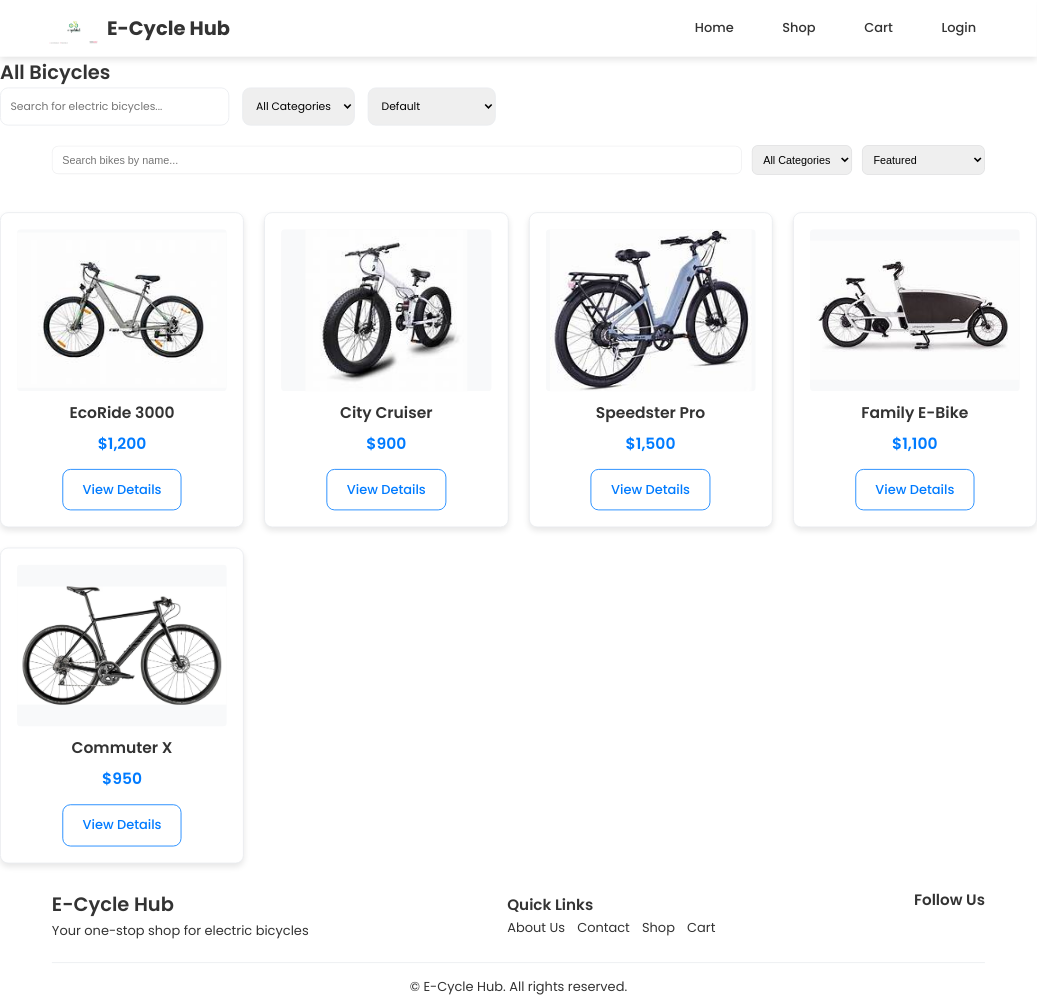
Repository: Rutuja-g/E-Cycle-Hub
Page: public/products.html
These files come from the project's save history. The page is drawn as it stood at one moment and after the next save; the edit follows.
The browser window is 1280 px wide. The pictures show the whole page, at 81% of full size.

Above is the page before, as saved 2025-10-24 16:00:04.
Console error: SyntaxError: Unexpected token 'export'

### public/products.html
<!DOCTYPE html>
<html lang="en">
  <head>
    <meta charset="UTF-8" />
    <meta name="viewport" content="width=device-width, initial-scale=1.0" />
    <title>Products - E-Cycle Hub</title>
    <link rel="preconnect" href="https://fonts.googleapis.com" />
    <link rel="preconnect" href="https://fonts.gstatic.com" crossorigin />
    <link
      href="https://fonts.googleapis.com/css2?family=Poppins:wght@300;400;500;600;700&display=swap"
      rel="stylesheet"
    />
    <link rel="icon" href="favicon.ico" type="image/x-icon" />
    <link rel="stylesheet" href="css/reset.css" />
    <link rel="stylesheet" href="css/variables.css" />
    <link rel="stylesheet" href="css/main.css" />
  </head>
  <body>
    <header>
      <div id="header"></div>
    </header>

    <main>
      <section class="shop-products">
        <h2>All Bicycles</h2>
        <div class="product-search">
          <input
            type="text"
            id="searchInput"
            placeholder="Search for electric bicycles..."
          />
          <select id="categorySelect">
            <option value="all">All Categories</option>
          </select>
          <select id="sortSelect">
            <option value="">Default</option>
            <option value="price-asc">Price Low to High</option>
            <option value="price-desc">Price High to Low</option>
            <option value="popularity">Popularity</option>
          </select>
        </div>
        <div class="grid--shop"></div>
      </section>
    </main>

    <footer>
      <div id="footer"></div>
    </footer>

    <script src="js/components.js"></script>
    <script src="js/main.js"></script>
    <script src="js/api.js"></script>
    <script src="js/store.js"></script>
    <script src="js/cart.js"></script>
  </body>
</html>

### public/css/reset.css
html
/* CSS Reset */
* {
    margin: 0;
    padding: 0;
    box-sizing: border-box;
}

html, body {
    height: 100%;
    font-family: Arial, sans-serif;
}

img {
    max-width: 100%;
    height: auto;
}

a {
    text-decoration: none;
    color: inherit;
}

ul {
    list-style: none;
}

button {
    cursor: pointer;
}

### public/css/variables.css
:root {
  --primary-color: #007bff; /* Electric Blue */
  --secondary-color: #0056b3; /* Darker Blue for hover */
  --background-color: #ffffff; /* White */
  --text-color: #333333; /* Dark Gray */
  --muted: #6c757d; /* Muted text */
  --font-family: "Poppins", sans-serif; /* Modern Font */
  --font-size-base: 16px; /* Base Font Size */
  --font-size-large: 1.25rem; /* Large Font Size */
  --font-size-small: 0.875rem; /* Small Font Size */
  --border-radius: 10px; /* Rounded Corners */
  --box-shadow: 0 4px 8px rgba(0, 0, 0, 0.1); /* Subtle Box Shadow */
  --box-shadow-hover: 0 6px 12px rgba(0, 0, 0, 0.15); /* Hover Shadow */
  --transition: all 0.3s ease; /* Smooth Transitions */
}

### public/css/main.css
/* Main styles for E-Cycle Hub */

/* Reset some default styles */
body {
  margin: 0;
  font-family: var(--font-family);
  line-height: 1.6;
  color: var(--text-color);
  background-color: var(--background-color);
}

h1,
h2,
h3,
h4,
h5,
h6 {
  margin: 0;
  color: var(--text-color);
  font-weight: 600;
}

a {
  text-decoration: none;
  color: var(--primary-color);
  transition: var(--transition);
}

a:hover {
  color: var(--secondary-color);
}

/* Layout styles */
.container {
  width: 90%;
  max-width: 1200px;
  margin: auto;
}

/* Navbar styles */
.navbar {
  background: var(--background-color);
  box-shadow: var(--box-shadow);
  position: sticky;
  top: 0;
  z-index: 1000;
}

.nav-container {
  max-width: 1200px;
  margin: 0 auto;
  padding: 0 20px;
  display: flex;
  justify-content: space-between;
  align-items: center;
  height: 70px;
}

.logo a {
  font-size: 1.5em;
  font-weight: bold;
  display: flex;
  align-items: center;
  gap: 10px;
  color: var(--text-color);
  text-decoration: none;
}

.logo img {
  height: 40px;
  width: auto;
}

.nav-links {
  list-style: none;
  display: flex;
  gap: 30px;
  margin: 0;
  padding: 0;
}

.nav-links li {
  position: relative;
}

.nav-link {
  color: var(--text-color);
  text-decoration: none;
  padding: 10px 15px;
  border-radius: var(--border-radius);
  transition: all 0.3s ease;
  font-weight: 500;
}

.nav-link:hover,
.nav-link.active {
  background: var(--primary-color);
  color: white;
}

.nav-toggle {
  display: none;
  flex-direction: column;
  cursor: pointer;
  gap: 4px;
}

.nav-toggle span {
  width: 25px;
  height: 3px;
  background: var(--text-color);
  transition: 0.3s;
}

.main-content {
  padding: 20px 0;
}

/* Hero section styles */
.hero {
  position: relative;
  display: flex;
  align-items: center;
  justify-content: center;
  min-height: 400px;
  overflow: hidden;
}

.hero-banner {
  position: absolute;
  top: 0;
  left: 0;
  width: 100%;
  height: 100%;
  object-fit: cover;
  z-index: -1;
}

.hero-content {
  text-align: center;
  color: white;
  background: rgba(0, 0, 0, 0.5);
  padding: 20px;
  border-radius: 8px;
}

.hero h1 {
  font-size: 2.5em;
  margin-bottom: 10px;
}

.hero p {
  font-size: 1.2em;
  margin-bottom: 20px;
}

.btn {
  display: inline-block;
  padding: 12px 24px;
  background: var(--primary-color);
  color: white;
  border-radius: var(--border-radius);
  transition: var(--transition);
  font-weight: 500;
  border: none;
  cursor: pointer;
}

.btn:hover {
  background: var(--secondary-color);
  transform: translateY(-2px);
  box-shadow: var(--box-shadow-hover);
}

.btn.ghost {
  background: transparent;
  color: var(--primary-color);
  border: 1px solid var(--primary-color);
}

.btn.ghost:hover {
  background: var(--primary-color);
  color: white;
}

/* Responsive styles */
@media (max-width: 768px) {
  .container {
    width: 95%;
  }

  .header,
  .footer {
    padding: 15px 0;
  }

  .hero {
    min-height: 300px;
  }

  .hero h1 {
    font-size: 2em;
  }

  .hero p {
    font-size: 1em;
  }

  .product-search {
    flex-direction: column;
  }

  .product-search input,
  .product-search select {
    width: 100%;
  }
}

@media (max-width: 480px) {
  .hero {
    flex-direction: column;
    text-align: center;
  }

  .hero-content {
    padding: 15px;
  }

  .hero h1 {
    font-size: 1.8em;
  }

  .hero p {
    font-size: 0.9em;
  }

  /* Navbar responsive */
  .nav-links {
    display: none;
  }

  /* Footer responsive */
  .footer-content {
    flex-direction: column;
    text-align: center;
  }

  .footer-links ul {
    flex-direction: column;
    gap: 10px;
  }

  /* Grid responsive */
  .grid--featured {
    grid-template-columns: repeat(auto-fit, minmax(200px, 1fr));
  }
}

/* Product card styles (updated for .card class used by main.js) */
.card {
  border: 1px solid #e9ecef;
  border-radius: var(--border-radius);
  padding: 20px;
  text-align: center;
  background: var(--background-color);
  box-shadow: var(--box-shadow);
  transition: var(--transition);
  display: flex;
  flex-direction: column;
  height: 100%;
}

.card:hover {
  transform: translateY(-5px);
  box-shadow: var(--box-shadow-hover);
}

.card img {
  max-width: 100%;
  height: 200px;
  object-fit: contain;
  border-radius: 5px;
  margin-bottom: 15px;
  background-color: #f8f9fa;
}

.card .card-body {
  flex: 1;
  display: flex;
  flex-direction: column;
  justify-content: space-between;
}

.card .card-title {
  margin: 0 0 10px 0;
  font-size: 1.2em;
  line-height: 1.3;
}

.card .price {
  color: var(--primary-color);
  font-weight: 600;
  font-size: 1.2em;
  margin-bottom: 15px;
}

.card .btn {
  margin-top: auto;
  align-self: center;
}

/* Product search styles */
.product-search {
  display: flex;
  gap: 16px;
  margin-bottom: 24px;
  flex-wrap: wrap;
}

.product-search input,
.product-search select {
  padding: 12px;
  border: 1px solid #e9ecef;
  border-radius: var(--border-radius);
  font-family: var(--font-family);
  transition: var(--transition);
}

.product-search input:focus,
.product-search select:focus {
  outline: none;
  border-color: var(--primary-color);
  box-shadow: 0 0 0 2px rgba(0, 123, 255, 0.25);
}

/* Featured products grid */
.grid--featured,
.grid--shop {
  display: grid;
  grid-template-columns: repeat(auto-fit, minmax(300px, 1fr));
  gap: 25px;
  padding: 30px 0;
}

/* Cart styles */
.cart-item {
  display: flex;
  justify-content: space-between;
  padding: 16px 0;
  border-bottom: 1px solid #e9ecef;
}

.cart-item img {
  width: 50px;
  height: auto;
}

.cart-total {
  font-weight: bold;
  font-size: 1.2em;
}

/* Checkout styles */
.checkout-form {
  display: flex;
  flex-direction: column;
  gap: 16px;
}

.checkout-form input,
.checkout-form button {
  margin: 0;
  padding: 12px;
  border: 1px solid #e9ecef;
  border-radius: var(--border-radius);
  font-family: var(--font-family);
}

.checkout-form button {
  background: var(--primary-color);
  color: white;
  cursor: pointer;
  transition: var(--transition);
}

.checkout-form button:hover {
  background: var(--secondary-color);
}

/* Product details styles */
.product-details {
  max-width: 1200px;
  margin: 0 auto;
  padding: 20px;
  display: flex;
  flex-direction: column;
  gap: 20px;
}

.back-link {
  color: var(--primary-color, #4caf50);
  font-weight: bold;
  margin-bottom: 20px;
  display: inline-block;
}

.back-link:hover {
  color: var(--link-hover-color, #388e3c);
}

.product-image {
  flex: 1;
  max-width: 600px;
  margin: 0 auto;
}

.product-image img {
  width: 100%;
  height: auto;
  border-radius: 8px;
  box-shadow: 0 4px 10px rgba(0, 0, 0, 0.1);
}

.product-info {
  flex: 1;
  padding: 24px;
  background: var(--background-color);
  border-radius: var(--border-radius);
  box-shadow: var(--box-shadow);
}

.product-info h1 {
  font-size: 2em;
  margin-bottom: 10px;
}

.product-price {
  font-size: 1.5em;
  color: var(--primary-color);
  font-weight: 600;
  margin-bottom: 24px;
}

.product-info p {
  line-height: 1.6;
  margin-bottom: 20px;
}

.product-info .btn {
  margin-top: 20px;
}

/* Responsive for product details */
@media (max-width: 768px) {
  .product-details {
    flex-direction: column;
  }

  .product-image,
  .product-info {
    flex: none;
    width: 100%;
  }

  .product-info {
    padding: 15px;
  }

  .product-info h1 {
    font-size: 1.8em;
  }

  .product-price {
    font-size: 1.3em;
  }
}

/* Footer styles */
.footer {
  background: var(--background-color);
}

.footer-content {
  display: flex;
  justify-content: space-between;
  align-items: center;
  flex-wrap: wrap;
  gap: 20px;
}

.footer-logo h2 {
  margin: 0;
}

.footer-links ul {
  list-style: none;
  display: flex;
  gap: 15px;
}

.footer-links li a {
  color: var(--text-color, #333);
}

.footer-social a {
  margin: 0 5px;
  font-size: 1.5em;
  color: var(--primary-color, #4caf50);
}

.footer-bottom {
  text-align: center;
  margin-top: 24px;
  border-top: 1px solid #e9ecef;
  padding-top: 16px;
}

/* Add error styles */
.error {
  color: red;
  font-size: 0.9em;
  margin-top: 5px;
  display: none;
}

/* Success popup styles */
.success-popup {
  position: fixed;
  top: 0;
  left: 0;
  width: 100%;
  height: 100%;
  background-color: rgba(0, 0, 0, 0.5);
  display: flex;
  justify-content: center;
  align-items: center;
  z-index: 1000;
}

.popup-content {
  background-color: var(--background-color);
  padding: 24px;
  border-radius: var(--border-radius);
  text-align: center;
  box-shadow: var(--box-shadow);
}

.popup-content h3 {
  margin-bottom: 10px;
  color: var(--primary-color);
}

.popup-content button {
  background-color: var(--primary-color);
  color: white;
  border: none;
  padding: 12px 24px;
  border-radius: var(--border-radius);
  cursor: pointer;
  margin-top: 16px;
  transition: var(--transition);
}

.popup-content button:hover {
  background-color: var(--secondary-color);
}

### public/js/components.js
// components.js - Dynamic loading of header and footer components

(function () {
  // Load component into element
  async function loadComponent(componentPath, targetElement) {
    try {
      const response = await fetch(componentPath);
      if (!response.ok) {
        throw new Error(`Failed to load ${componentPath}: ${response.status}`);
      }
      const html = await response.text();
      targetElement.innerHTML = html;
    } catch (error) {
      console.error(`Error loading component ${componentPath}:`, error);
      targetElement.innerHTML = "<p>Error loading component</p>";
    }
  }

  // Load header and footer on page load
  document.addEventListener("DOMContentLoaded", function () {
    const headerElement = document.getElementById("header");
    const footerElement = document.getElementById("footer");

    if (headerElement) {
      loadComponent("components/header.html", headerElement);
    }

    if (footerElement) {
      loadComponent("components/footer.html", footerElement);
    }
  });
})();

### public/js/api.js
// This file contains functions for fetching and managing product data, including CRUD operations.

const apiUrl = 'https://api.example.com/products'; // Replace with your actual API endpoint

// Fetch all products
async function fetchProducts() {
    try {
        const response = await fetch(apiUrl);
        if (!response.ok) {
            throw new Error('Network response was not ok');
        }
        const products = await response.json();
        return products;
    } catch (error) {
        console.error('Error fetching products:', error);
    }
}

// Fetch a single product by ID
async function fetchProductById(productId) {
    try {
        const response = await fetch(`${apiUrl}/${productId}`);
        if (!response.ok) {
            throw new Error('Network response was not ok');
        }
        const product = await response.json();
        return product;
    } catch (error) {
        console.error('Error fetching product:', error);
    }
}

// Create a new product (for admin use)
async function createProduct(productData) {
    try {
        const response = await fetch(apiUrl, {
            method: 'POST',
            headers: {
                'Content-Type': 'application/json',
            },
            body: JSON.stringify(productData),
        });
        if (!response.ok) {
            throw new Error('Network response was not ok');
        }
        const newProduct = await response.json();
        return newProduct;
    } catch (error) {
        console.error('Error creating product:', error);
    }
}

// Update an existing product (for admin use)
async function updateProduct(productId, productData) {
    try {
        const response = await fetch(`${apiUrl}/${productId}`, {
            method: 'PUT',
            headers: {
                'Content-Type': 'application/json',
            },
            body: JSON.stringify(productData),
        });
        if (!response.ok) {
            throw new Error('Network response was not ok');
        }
        const updatedProduct = await response.json();
        return updatedProduct;
    } catch (error) {
        console.error('Error updating product:', error);
    }
}

// Delete a product (for admin use)
async function deleteProduct(productId) {
    try {
        const response = await fetch(`${apiUrl}/${productId}`, {
            method: 'DELETE',
        });
        if (!response.ok) {
            throw new Error('Network response was not ok');
        }
        return true; // Successfully deleted
    } catch (error) {
        console.error('Error deleting product:', error);
    }
}

### public/js/store.js
// This file manages localStorage interactions for saving and retrieving product data.

const store = {
    saveProducts: function(products) {
        localStorage.setItem('products', JSON.stringify(products));
    },
    getProducts: function() {
        const products = localStorage.getItem('products');
        return products ? JSON.parse(products) : [];
    },
    saveCart: function(cart) {
        localStorage.setItem('cart', JSON.stringify(cart));
    },
    getCart: function() {
        const cart = localStorage.getItem('cart');
        return cart ? JSON.parse(cart) : [];
    },
    clearCart: function() {
        localStorage.removeItem('cart');
    }
};

export default store;

### public/components/header.html
<nav class="navbar">
  <div class="nav-container">
    <div class="logo">
      <a href="index.html">
        <img src="assets/images/logo.jpg" alt="E-Cycle Hub Logo" />
        <span>E-Cycle Hub</span>
      </a>
    </div>
    <div class="nav-toggle" id="navToggle">
      <span></span>
      <span></span>
      <span></span>
    </div>
    <ul class="nav-links" id="navLinks">
      <li><a href="index.html" class="nav-link">Home</a></li>
      <li><a href="shop.html" class="nav-link">Shop</a></li>
      <li><a href="cart.html" class="nav-link">Cart</a></li>
      <li><a href="login.html" class="nav-link">Login</a></li>
    </ul>
  </div>
</nav>

### public/components/footer.html
<footer class="footer">
  <div class="container">
    <div class="footer-content">
      <div class="footer-logo">
        <h2>E-Cycle Hub</h2>
        <p>Your one-stop shop for electric bicycles</p>
      </div>
      <div class="footer-links">
        <h3>Quick Links</h3>
        <ul>
          <li><a href="about.html">About Us</a></li>
          <li><a href="contact.html">Contact</a></li>
          <li><a href="shop.html">Shop</a></li>
          <li><a href="cart.html">Cart</a></li>
        </ul>
      </div>
      <div class="footer-social">
        <h3>Follow Us</h3>
        <div class="social-icons">
          <a href="#" aria-label="Facebook"
            ><i class="fab fa-facebook-f"></i
          ></a>
          <a href="#" aria-label="Twitter"><i class="fab fa-twitter"></i></a>
          <a href="#" aria-label="Instagram"
            ><i class="fab fa-instagram"></i
          ></a>
          <a href="#" aria-label="YouTube"><i class="fab fa-youtube"></i></a>
        </div>
      </div>
    </div>
    <div class="footer-bottom">
      <p>&copy; <span id="year"></span> E-Cycle Hub. All rights reserved.</p>
    </div>
  </div>
</footer>

Loaded but not shown: public/assets/data/products.json (47 lines, source omitted); public/js/main.js (315 lines, source omitted); public/js/cart.js (205 lines, source omitted)

After the next save:
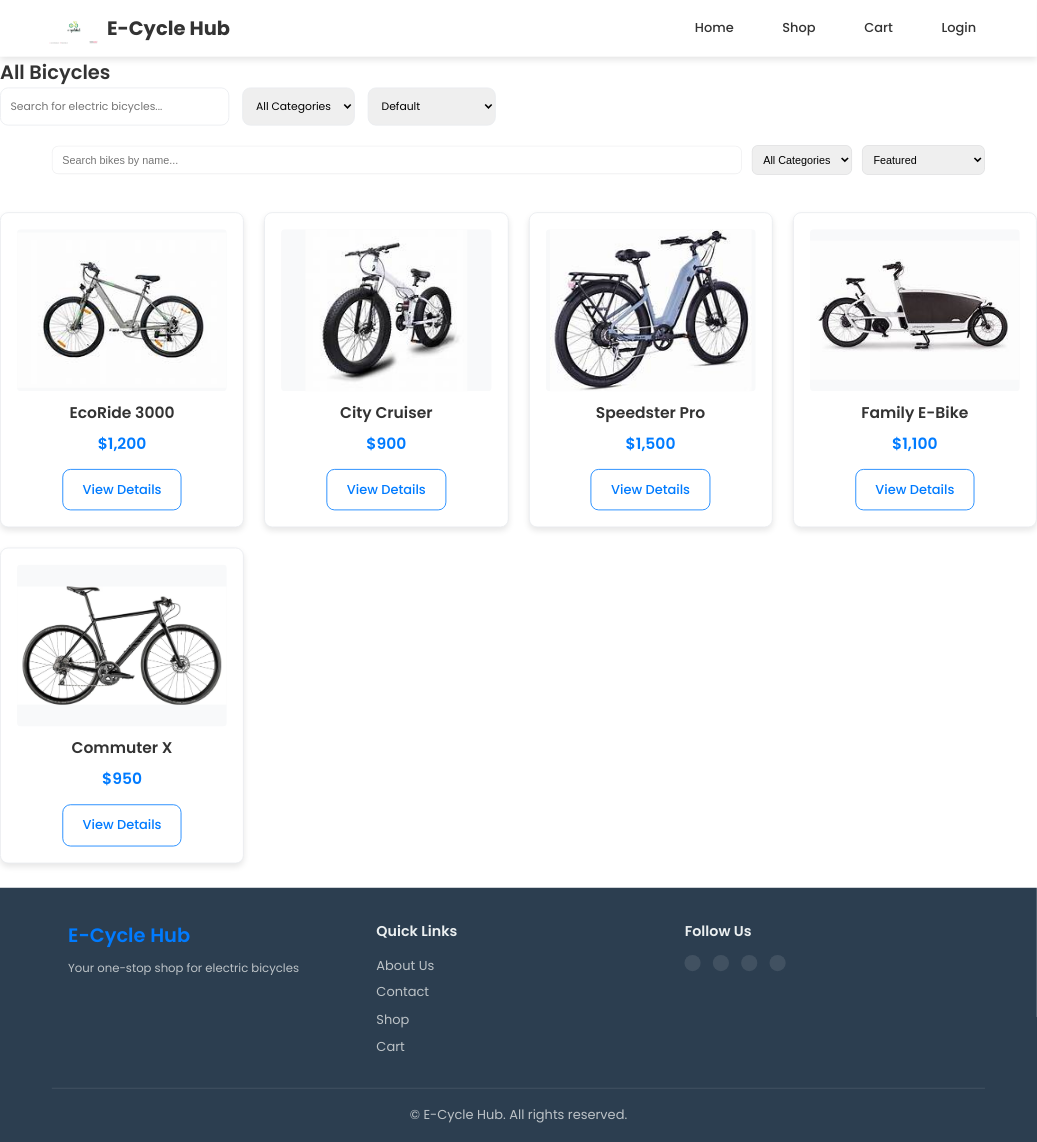
Saved 45 s later.
--- a/public/css/main.css
+++ b/public/css/main.css
@@ -477,42 +477,85 @@ a:hover {
 
 /* Footer styles */
 .footer {
-  background: var(--background-color);
+  background: #2c3e50;
+  color: #ecf0f1;
+  padding: 40px 0 20px;
+  margin-top: auto;
 }
 
 .footer-content {
-  display: flex;
-  justify-content: space-between;
-  align-items: center;
-  flex-wrap: wrap;
-  gap: 20px;
+  display: grid;
+  grid-template-columns: repeat(auto-fit, minmax(250px, 1fr));
+  gap: 30px;
+  max-width: 1200px;
+  margin: 0 auto;
+  padding: 0 20px;
 }
 
 .footer-logo h2 {
+  margin: 0 0 10px 0;
+  color: var(--primary-color);
+}
+
+.footer-logo p {
   margin: 0;
+  color: #bdc3c7;
+  font-size: 0.9em;
+}
+
+.footer-links h3,
+.footer-social h3 {
+  margin: 0 0 15px 0;
+  color: #ecf0f1;
+  font-size: 1.1em;
 }
 
 .footer-links ul {
   list-style: none;
+  padding: 0;
+  margin: 0;
+}
+
+.footer-links li {
+  margin-bottom: 8px;
+}
+
+.footer-links a {
+  color: #bdc3c7;
+  text-decoration: none;
+  transition: color 0.3s;
+}
+
+.footer-links a:hover {
+  color: var(--primary-color);
+}
+
+.social-icons {
   display: flex;
   gap: 15px;
 }
 
-.footer-links li a {
-  color: var(--text-color, #333);
-}
-
-.footer-social a {
-  margin: 0 5px;
+.social-icons a {
+  color: #ecf0f1;
   font-size: 1.5em;
-  color: var(--primary-color, #4caf50);
+  transition: all 0.3s;
+  padding: 10px;
+  border-radius: 50%;
+  background: rgba(255, 255, 255, 0.1);
+}
+
+.social-icons a:hover {
+  color: var(--primary-color);
+  background: rgba(255, 255, 255, 0.2);
+  transform: translateY(-2px);
 }
 
 .footer-bottom {
   text-align: center;
-  margin-top: 24px;
-  border-top: 1px solid #e9ecef;
-  padding-top: 16px;
+  margin-top: 30px;
+  padding-top: 20px;
+  border-top: 1px solid rgba(255, 255, 255, 0.1);
+  color: #bdc3c7;
 }
 
 /* Add error styles */
